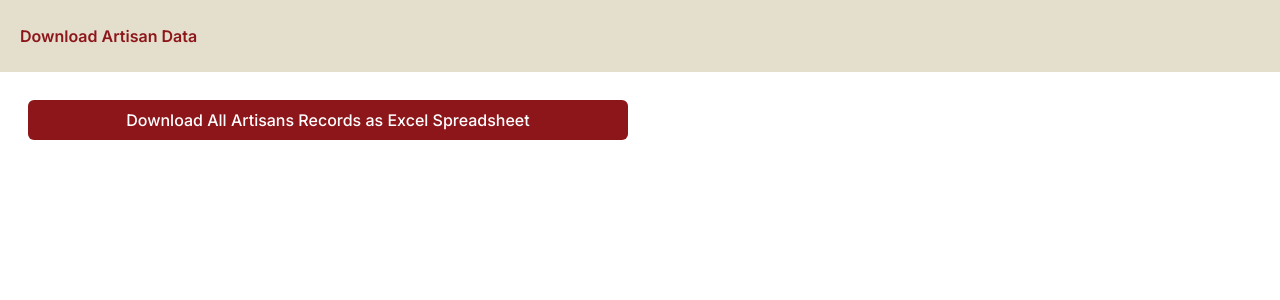
Repository: marcusdashe/artisanindex_frontend
Page: /components/DownloadDataScreen
The author's editor kept a copy of each file at every save. The page is drawn from the files as they stood at one save, then again after the next save.
The browser window is 1280 px wide. The pictures show the whole page.
The project was rebuilt for these pictures with package versions that can differ from the ones it lists, and the page was loaded fresh each time. The framework's server and built-in components were replaced by stand-ins that run in the browser. Also part of the build but not shown: next.config.js.

Above is the page before, as saved 2023-03-13 14:48:46.

### pages/_app.js
import "@/styles/globals.css";
import "core-js/stable";
import "regenerator-runtime/runtime";

export default function App({ Component, pageProps }) {
  return <Component {...pageProps} />;
}

### pages/_document.js
import { Html, Head, Main, NextScript } from "next/document";

export default function Document() {
  return (
    <Html lang="en">
      <Head>
        <link rel="preconnect" href="https://fonts.googleapis.com" />
        <link
          rel="preconnect"
          href="https://fonts.gstatic.com"
          crossOrigin="true"
        />
        <link
          href="https://fonts.googleapis.com/css2?family=Inter:wght@100;200;300;400;500;600&display=swap"
          rel="stylesheet"
        />
      </Head>
      <body>
        <Main />
        <NextScript />
      </body>
    </Html>
  );
}

### pages/components/DownloadDataScreen.js
import React from "react";
import axios from "axios";
import FileSaver from "file-saver";

function DownloadDataScreen() {
  const fetchData = async () => {
    const response = await axios.get(
      `${process.env.NEXT_PUBLIC_BACKEND_BASE_URL}api/artisan/table/export`,
      { responseType: "blob" }
    );
    const file = new Blob([response.data], {
      type: "application/vnd.ms-excel",
    });
    FileSaver.saveAs(file, "artisans.xlsx"); // save file using FileSaver
  };

  const handleClick = () => {
    fetchData();
  };

  return (
    <div className="w-full h-[100vh]">
      <div className="w-full h-[10vh] bg-[#e4decd] font-bold flex items-center content-center justify-start text-[#8D161A] p-5">
        <h1>Download Artisan Data</h1>
      </div>
      <div className="w-full h-[90vh] p-4">
        <div className="w-[50%] rounded-md p-3 flex flex-col">
          <button
            onClick={handleClick}
            type="submit"
            className="bg-[#8D161A] text-white rounded-md py-2 px-4 font-medium hover:hover:bg-[#4a3e3e] duration-500 focus:outline-none focus:ring-2 focus:ring-blue-500"
          >
            Download All Artisans Records as Excel Spreadsheet
          </button>
          <div className="w-full p-3"></div>
        </div>
      </div>
    </div>
  );
}

export default DownloadDataScreen;

### styles/globals.css
@tailwind base;
@tailwind components;
@tailwind utilities;

@layer base {
  html {
    font-family: "Inter", sans-serif;
  }
}

### tailwind.config.js
/** @type {import('tailwindcss').Config} */

module.exports = {
  content: [
    "./pages/**/*.{js,ts,jsx,tsx}",
    "./components/**/*.{js,ts,jsx,tsx}",
  ],
  theme: {
    extend: {},
  },
  plugins: [],
};

After the next save:
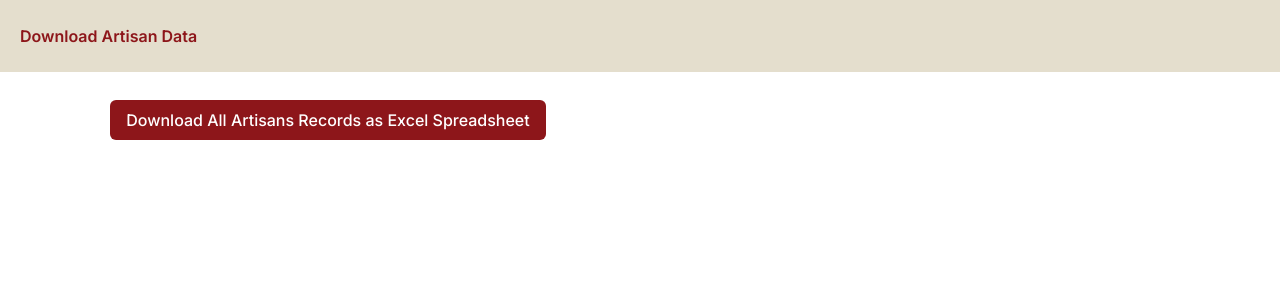
Saved 13 s later.
--- a/pages/components/DownloadDataScreen.js
+++ b/pages/components/DownloadDataScreen.js
@@ -24,7 +24,7 @@ function DownloadDataScreen() {
         <h1>Download Artisan Data</h1>
       </div>
       <div className="w-full h-[90vh] p-4">
-        <div className="w-[50%] rounded-md p-3 flex flex-col">
+        <div className="w-[50%] rounded-md p-3 flex items-center flex-col">
           <button
             onClick={handleClick}
             type="submit"
